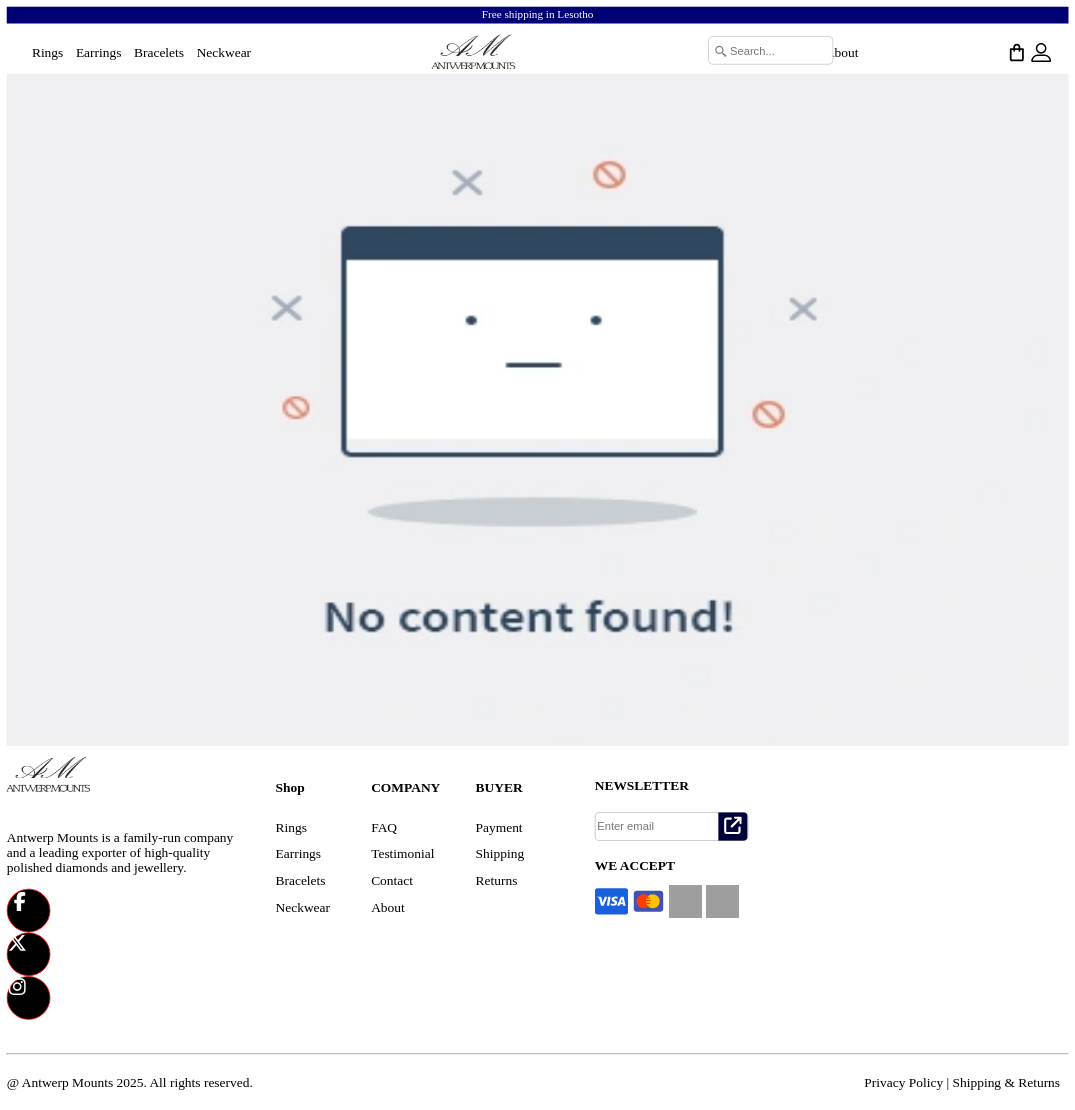
Repository: kea-0424/Web-Development-Project-1
Page: First_collaboration/JewelarySite.html
These files come from the project's save history. The page is drawn as it stood at one moment and after the next save; the edit follows.
The browser window is 1280 px wide. The pictures show the whole page, at 84% of full size.
Pictures or frames that could not be fetched are drawn as grey boxes.

Above is the page before, as saved 2025-01-23 12:27:49.

### First_collaboration/JewelarySite.html
<!DOCTYPE html>
<html lang="en">
<head>
    <meta charset="UTF-8">
    <meta name="viewport" content="width=device-width, initial-scale=1.0">
    <title>Document</title>
    <link rel="stylesheet" href="./JewelarySite.css">
</head>
<body>
    <header>
        <div class="notification">
            <span>Free shipping in Lesotho</span>
        </div>
        <nav>
                <ul class="navigations"  id="right_nav">
                    <li class="navbar_links"><a href="#">Rings</a></li>
                    <li class="navbar_links"><a href="#">Earrings</a></li>
                    <li class="navbar_links"><a href="#">Bracelets</a></li>
                    <li class="navbar_links"><a href="#">Neckwear</a></li>
                </ul>

            <div class="logo_container">
<img src="Main_Logo-removebg-preview.png" alt="Logo" class="main_logo" id="Nav_logo">
            </div>
                <ul class="navigations" id="left_nav">
                    <li class="navbar_links"><a href="#">FAQ</a></li>
                    <li class="navbar_links"><a href="#">Help</a></li>
                    <li class="navbar_links"><a href="#">About</a></li>
                </ul>
                <form action="#">
                    <div class="searchbar_container">
                        <img src="./bx-search-alt-2.svg" alt="icon" class="searchbar_icon">
                        <input class='searchbar' type="text" placeholder="Search...">
                    </div>
                </form>
                <div class="nav_icons">
                    <img src="./cart.svg" alt="Logo" class="icon">
                    <img src="./profile.svg" alt="Logo" class="icon">
                </div>
        </nav>
    </header>
    <main>
        <img src="./NoContent.webp" alt="No_Content" class="No_Content">
    </main>
    <footer>
        <div class="about_us">
            <div class="logo_container">
                <img src="Main_Logo-removebg-preview.png" alt="Logo" class="main_logo">
                            </div>
                            <div class="bio">
                                <p>Antwerp Mounts is a family-run company<br>
                                    and a leading exporter of high-quality<br>
                                   polished diamonds and jewellery.</p>
                            </div>
                                <div class="social_media">
                                    <div class="socials1" >
                                        <a href="#"><img src="./facebook-f-brands-solid.svg" alt="Facebook" id="facebook_link"></a>
                                    </div>
                                    <div class="socials2">
                                        <a href="#"><img src="./x-twitter-brands-solid.svg" alt="Twitter" id="X_link"></a>
                                    </div>
                                    <div class="socials2">
                                        <a href="#"><img src="./instagram-brands-solid.svg" alt="Instagram" id="instagram_link"></a>
                                    </div>
                                    </div>
        </div>
        <div class="navigation">
            <div class="list1">
                <h4>Shop</h4>
                <ul class="footer_lists">
                    <li><a href="#">Rings</a></li>
                    <li><a href="#">Earrings</a></li>
                    <li><a href="#">Bracelets</a></li>
                    <li><a href="#">Neckwear</a></li>
                </ul>
            </div>
            <div class="list2">
               <h4>COMPANY</h4>
               <ul class="footer_lists">
                <li><a href="#">FAQ</a></li>
                <li><a href="#">Testimonial</a></li>
                <li><a href="#">Contact</a></li>
                <li><a href="#">About</a></li>
               </ul>
            </div>
            <div class="list3">
                <h4>BUYER</h4>
                <ul class="footer_lists">
                    <li><a href="#">Payment</a></li>
                    <li><a href="#">Shipping</a></li>
                    <li><a href="#">Returns</a></li>
                </ul>
            </div>
        </div>
        <div class="Subscription">
            <h4>NEWSLETTER</h4>
            <form action="#">
                <div class="input_container">
                    <input type="text" placeholder="Enter email" class="newsletter_input">
                    <button type="submit" class="submit_btn"><img src="./arrow-up-right-from-square-solid.svg" alt="arrow"></button>
                </div>
            </form>
            <h4>WE ACCEPT</h4>
            <div class="payment_methods">
                <div class="payment_method">
                    <img src="./cc-visa-brands-solid.svg" alt="visa" id="visa">
                </div>
                <div class="payment_method">
                    <img src="mastercard.svg" alt="mastercard" id="mastercard">
                </div>
                <div class="payment_method">
                    <img src="./paypal.svg" alt="paypal" id="paypal">
        </div>
        <div class="payment_method">
            <img src="./skrill.svg" alt="skrill" id="skrill">
        </div>
            </div>
        </div>
        <hr>
        <div class="copyright">
            <p class="left_details">@ Antwerp Mounts 2025. All rights reserved.</p>
            <p class="right_details">Privacy Policy | Shipping & Returns</p>
        </div>
    </footer>
</body>
</html>

### First_collaboration/JewelarySite.css

body {
    box-sizing: border-box;
}
.notification {
    background-color: rgb(0 0 117);
    color: rgb(255 255 255);
    display: flex;
    align-items: center;
    justify-content: center;
    font-size: smaller;
    width: inherit;
    height: 20px;
}
nav {
    display: flex;
    justify-content: space-between;
    /*padding: 10px;*/
}
.main_logo {
    height: 80px;
    width: 100px;
    margin-top: 0;

}
#Nav_logo {
    margin: 0 auto;
    position: absolute;
    left: 40%;
}
.navigations,.navbar_links {
    list-style-type: none;
    display: flex;
    justify-content: space-between;
list-style: none;
text-decoration: none;
color: inherit;
margin-right: 15px;
padding: 0;
}
nav {
    position:relative;
    width: 100%;
    height: 60px
}

a {
    text-decoration: none;
color: inherit;
}
a:hover {
    /*font-size: larger;*/
    transition: font-size 0.2s ease-in-out;
    position: relative;
    /*background-color: blue;*/
    color: rgba(0 0 255 / 0.26);
    border-radius: 3px;
}
main,.No_Content {
    width: 100%;
    height: 800px;
}
.searchbar {
    width: 120px;
    height: 30px;
    border-radius: 5px;
    border: 1px solid #ccc;
    margin-top: 18px;
    padding-left: 25px;
    position: absolute;
    bottom: 1px;
}
.searchbar_container{
/*border: 1px solid red;*/
    width: 120px;
    height: 30px;
    position: relative;
    left: 300px;
    top: 20px;
}
.searchbar_icon{
    position: absolute;
    z-index: 1;
    margin-left: 7px;
    opacity: 0.5;
    height: 17px;
    width: 17px;
    top: 5px;
}
.navbar_links {
    margin-top: 10px;
}
.icon {
    width: 25px;
    height: 25px;
    margin-top: 22px;
}
#left_nav{
    position: absolute;
    right: 220px;
}
#right_nav {
    position: absolute;
    left: 30px;
}
.nav_icons {
    margin-right: 20px;
}
.socials1, .socials2, .socials3 {
    border: 1px solid red;*/
    display: inline;
    height: 50px;
    width: 50px;
    background-color: black;
    border-radius: 50%;
}
.bio {
    /*border: 1px solid red;*/
    display: inline-block;
}
#facebook_link{
    height: 23px;
    width: 23px;
    padding: 3px;
}
#instagram_link {
    height: 23px;
    width: 23px;
}
#X_link {
    height: 23px;
    width: 23px;
    display: inline-block;
}
/*.list1,.list2,.list3*/.navigation{
    /*border: 1px solid red;*/
    display: inline-block;
    position: absolute;
    left: 320px;
    top: 20px;
box-sizing: border-box;
}
footer {
    /*border: 1px solid red;*/
    position: relative;
}
.list1,.list2,.list3 {
    /*border: 1px solid red;*/
    display: inline-block;
    box-sizing: border-box;
    margin-right: 5px;
}
.list3 {
    position: relative;
    bottom: 32px;
}
.footer_lists {
    position: relative;
    right: 40px;
    list-style: none;
    line-height: 2em;
}
.input_container{
    /*border: 1px solid red;*/
    display: inline;
    height: 33px;
    position: relative;
    border-radius: 5px;
    z-index: 1
}
.newsletter_input {
    height: 30px;
    overflow: hidden;
    border-radius: 5px;
    border: 1px solid rgba(0 0 0 / 0.25);
    /*z-index: 1;*/
}
.submit_btn {
    background-color: rgb(2 2 59);
    border: 1px solid transparent;
    height: 34px;
    width: 35px;
    position: absolute;
right: 1px;
    border-radius:0px 5px 5px 0px;
}
#visa, #mastercard, #paypal, #skrill {
    height: 40px;
    width: 40px;
}
#visa:hover, #mastercard:hover, #paypal:hover, #skrill:hover {
    height: 50px;
    width: 50px;
}
.payment_method {
    /*border: 1px solid red;*/
    display: inline-block;
    position: relative;
    bottom: 8px;
}
.Subscription {
/*border: 1px solid red;*/
display: inline;
position: absolute;
left: 700px;
top:18px;
}
hr {
    margin-top: 40px;
}
.copyright {
   /* border: 1px solid red;*/
    position: relative;
}
.left_details {
    /*border: 1px solid red;*/
    display: inline-block;
}
.right_details {
    /*border: 1px solid red;*/
    display: inline;
    position: absolute;
    right: 10px;
}

After the next save:
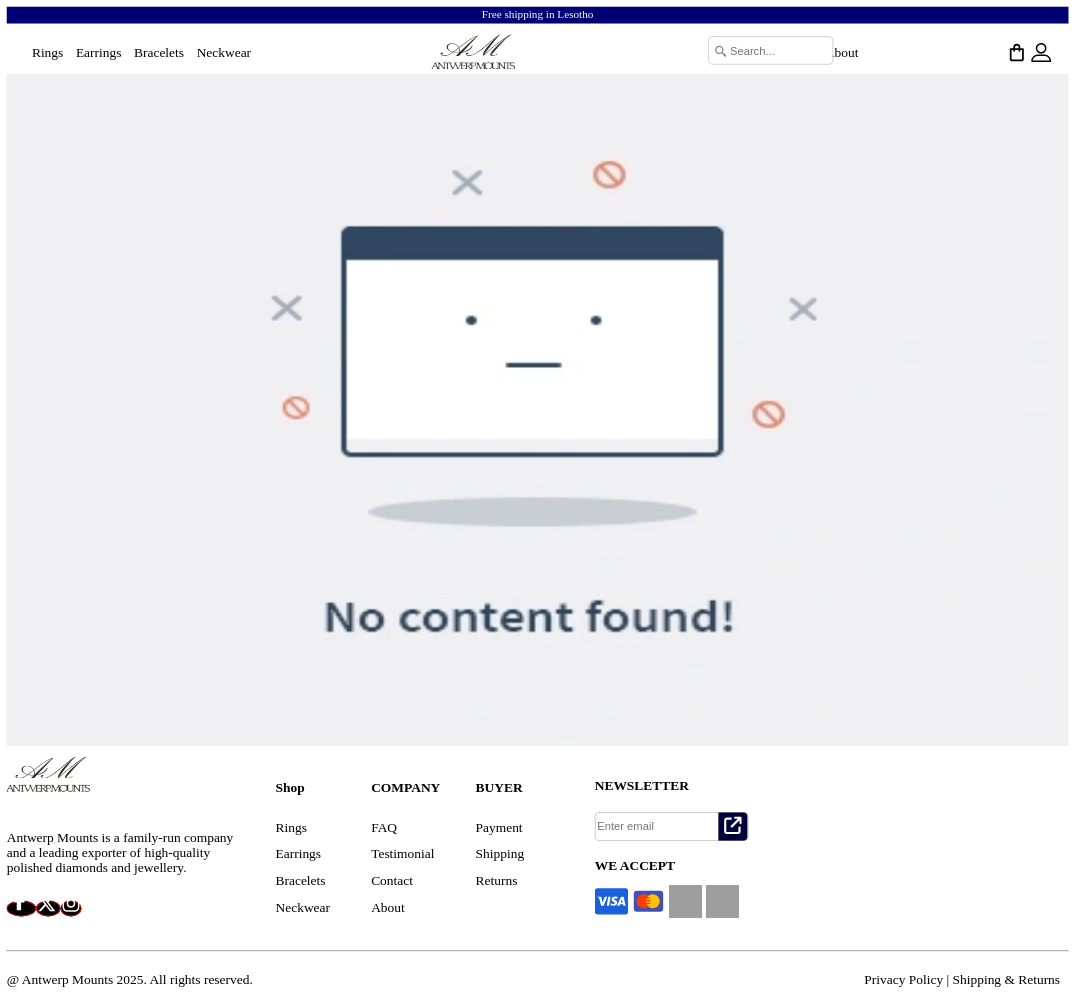
Saved 17 s later.
--- a/First_collaboration/JewelarySite.css
+++ b/First_collaboration/JewelarySite.css
@@ -107,7 +107,7 @@ main,.No_Content {
     margin-right: 20px;
 }
 .socials1, .socials2, .socials3 {
-    border: 1px solid red;*/
+    border: 1px solid red;
     display: inline;
     height: 50px;
     width: 50px;
